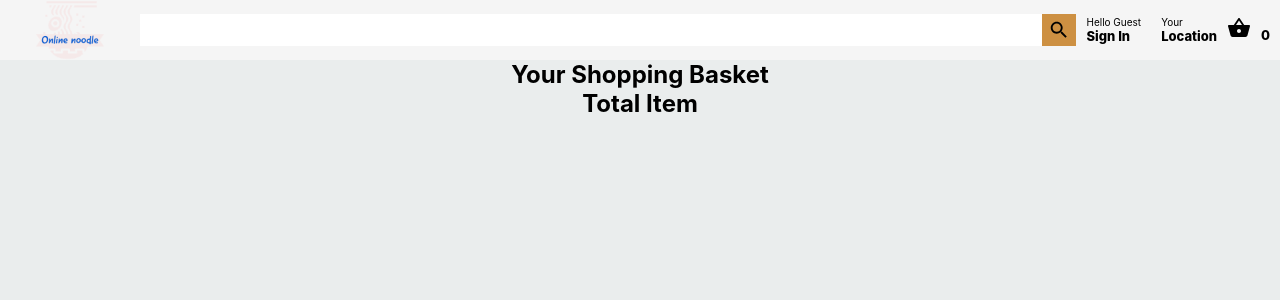
Repository: treenoise09/Noodleonline
Page: /checkout
The author's editor kept a copy of each file at every save. The page is drawn from the files as they stood at one save, then again after the next save.
The browser window is 1280 px wide. The pictures show the whole page.
The project was rebuilt for these pictures with package versions that can differ from the ones it lists, and the page was loaded fresh each time. Also part of the build but not shown: src/Home.css, src/Noodle.css, src/Noodle.js, src/Home.js.

Above is the page before, as saved 2022-10-26 16:24:01.

### src/index.css
* {
  margin: 0;
}
body {
  background-color: rgb(234,237,237);
  margin: 0;
  font-family: -apple-system, BlinkMacSystemFont, 'Segoe UI', 'Roboto', 'Oxygen',
    'Ubuntu', 'Cantarell', 'Fira Sans', 'Droid Sans', 'Helvetica Neue',
    sans-serif;
  -webkit-font-smoothing: antialiased;
  -moz-osx-font-smoothing: grayscale;
}

code {
  font-family: source-code-pro, Menlo, Monaco, Consolas, 'Courier New',
    monospace;
}

### src/App.js
import React from 'react';
import './App.css';
import Header from './Header';
import Home from './Home';
import{BrowserRouter as Router,Routes ,Route} from "react-router-dom";
import Noodle from './Noodle';
import Cart from './Cart';

function App() {
  return (
    <Router>
      <Header/>
    <div className="App">
      <Routes>
      <Route path='/' element={<Home/>}/>
      <Route path='/checkout' element={<Cart/>}/>



      </Routes>
    </div>
    </Router>
  );
}

export default App;

### src/Header.js
import React from "react";
import './Header.css'
import Logo from './img/Onlinenoodle-logos_transparent.png'
import SearchIcon from '@mui/icons-material/Search';
import ShoppingBasketIcon from '@mui/icons-material/ShoppingBasket';
import { Link } from "@mui/material";

function Header() {
    return(
        <div className="header">
            <Link to="/">
            <img className="header_logo" src={Logo} alt=""/>
            </Link>
            <div className="header_search">
                <input className="header_searchInput" type='text'/>
                <SearchIcon className="header_searchIcon"/>
            </div>
            <div className="header_nav">
            <div className="header_option">
                    <span className="header_optionLineOne">
                        Hello Guest
                    </span>
                    <span className="header_optionLineTwo">
                        Sign In
                    </span>


            </div>
            <div className="header_option">
                    <span className="header_optionLineOne">
                        Your
                    </span>
                    <span className="header_optionLineTwo">
                        Location
                    </span>
            </div>
            <div className="header_optionBasket">
            <ShoppingBasketIcon/>
            <span className="header_optionLineTwo header_basketCount">0</span>
            </div>
        </div>
        </div>
    )

}


export default Header

### src/Cart.js
import React from 'react'

function Cart() {
  return (
    <div className='Cart'>
        <div className='checkout_left'>
            <div>
                <h2 className='cheakout_title'>
                    Your Shopping Basket
                </h2>
            </div>
        </div>
        <div className='cheackout_right'>
        <h2>
                    Total Item
                </h2>
        </div>
    </div>
  )
}

export default Cart

### src/Header.css
.header{
    height: 60px;
    display: flex;
    align-items: center;
    background-color: whitesmoke;
    position: sticky;
    top: 0;
    z-index: 100;
}
.header_search{
    display: flex;
    flex: 1;
    align-items: center;
    border-radius: 24px;
}
.header_searchInput{
    height: 12px;
    padding: 10px;
    border: none;
    width: 100%;
}
.header_searchIcon{
    padding: 5px;
    height: 22px !important;
    background-color: #cd9042;
}
.header_logo{
    width: 100px;
    display: flex;
    object-fit: contain;
    margin: 0 20px;

}
.header_option{
    display: flex;
    flex-direction: column;
    margin-left: 10px;
    margin-right: 10px;
}
.header_nav{
    display: flex;
    justify-content: space-evenly;
}
.header_optionLineOne{
    font-size: 10px;
}
.header_optionLineTwo{
    font-size: 13px;
    font-weight: 800;
}
.header_optionbasket{
    display: flex;
    align-items: center;
}
.header_basketCount{
    margin-left: 10px;
    margin-right: 10px;
}

Loaded but not shown: public/index.html (common file); src/index.js (common file); src/reportWebVitals.js (common file); src/App.css (common file)

After the next save:
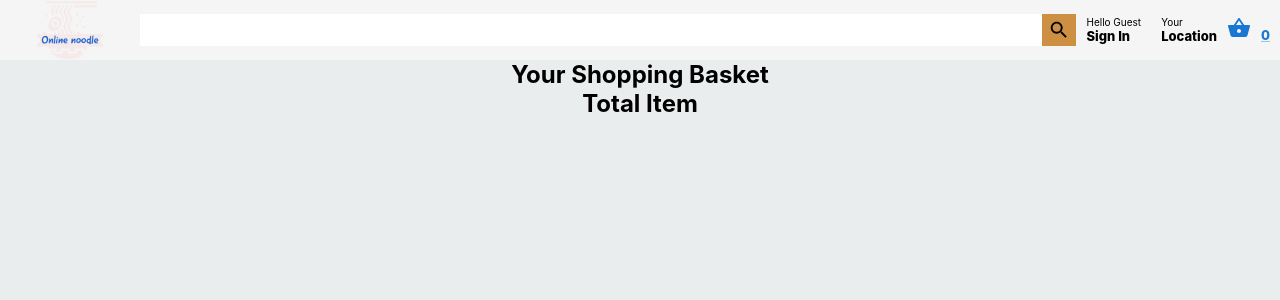
Saved 106 s later.
--- a/src/Header.js
+++ b/src/Header.js
@@ -33,11 +33,12 @@
                     <span className="header_optionLineTwo">
                         Location
                     </span>
-            </div>
+            </div><Link to="/checkout">
             <div className="header_optionBasket">
             <ShoppingBasketIcon/>
             <span className="header_optionLineTwo header_basketCount">0</span>
             </div>
+            </Link>
         </div>
         </div>
     )
